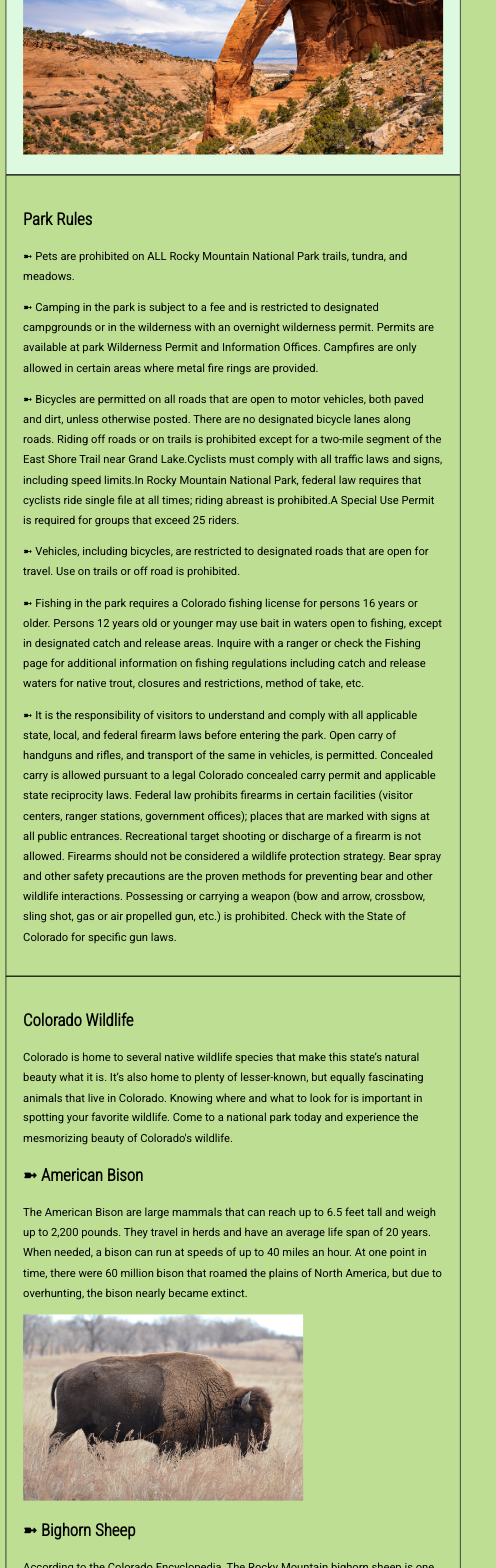
Repository: ethan-schrauf/UniversalDesignWebsite
Page: lab4.html
These files come from the project's save history. The page is drawn as it stood at one moment and after the next save; the edit follows.
The browser window is 600 px wide. The page is 658 px wide, then 708 px, so the pictures cover 708 px, including what lies to the right of the window. The pictures show the part of the page from y = 3384 to 5624 px (the page is 6851 px tall before and 6793 px after), at 70% of full size.

Above is the page before, as saved 2023-10-28 20:30:57.

### lab4.html

<!DOCTYPE html>

<html lang="en">
<head>
  <meta charset="UTF-8">
  <meta name="viewport" content="width=device-width, initial-scale=1.0">
  <meta http-equiv="X-UA-Compatible" content="ie=edge">
  <title>Accessible grid</title>
  <link href="lab4.css" rel="stylesheet">
</head>
<body>
<div class="container">
  <header>
    <h1>Colorado National Parks</h1>
  </header>
  <nav>
    <h2 class="sr-only">Main Navigation</h2>
    <ul>
      <li><a href="#Colorado-National-Parks">Colorado National Parks</a></li>
      <li><a href="#Park-Rules">Park Rules</a></li>
      <li><a href="#Colorado-Wildlife">Colorado Wildlife</a></li>
    </ul>
  </nav>
  <main>
    <section>
      <h2 id="Colorado-National-Parks">Rocky Mountain National Park</h2>
      <p>Rocky Mountain National Park in northern Colorado spans the Continental Divide and encompasses protected mountains, forests and alpine tundra. It's known for the Trail Ridge Road and the Old Fall River Road, drives that pass aspen trees and rivers. The Keyhole Route, a climb crossing vertical rock faces, leads up Longs Peak, the park’s tallest mountain. A trail surrounding Bear Lake offers views of the peaks.</p>
      <img src="images/rocky-mountain.jpeg" alt="Rocky Mountain National Park view from a lake with a large mountain behind it"  style="width: 600px; height: auto;">
      <h2>Mesa Verde National Park</h2>
      <p>Mesa Verde National Park is in southwest Colorado. It's known for its well-preserved Ancestral Puebloan cliff dwellings, notably the huge Cliff Palace. The Chapin Mesa Archeological Museum has exhibits on the ancient Native American culture. Mesa Top Loop Road winds past archaeological sites and overlooks, including Sun Point Overlook with panoramic canyon views. Petroglyph Point Trail has several rock carvings.</p>
      <img src="images/mesa-verde-national-park.jpeg" alt="Mesa Verde National Park Cave Dwellings"  style="width: 600px; height: auto;">
      <h2>Great Sand Dunes National Park and Preserve</h2>
      <p>Great Sand Dunes National Park and Preserve is in southern Colorado. It’s known for huge dunes like the towering Star Dune, and for the seasonal Medano Creek and beach created at the base of the dunes. The backcountry Medano Pass Primitive Road winds through a canyon toward the Sangre de Cristo mountains. Trails lead to forests, wetlands and alpine lakes like Medano Lake, which is home to trout and tundra wildlife.</p>
      <img src="images/great-sand-dunes-national-park.jpeg" alt="Great Sand Dunes National Park with collegiant peaks towering aboe" style="width: 600px; height: auto;">
      <h2>Black Canyon of the Gunnison National Park</h2>
      <p>Black Canyon of the Gunnison National Park is in western Colorado. It surrounds part of a deep, steep-walled gorge carved through Precambrian rock by the Gunnison River. Roads and trails along the north and south rims have views of the Black Canyon's dramatic drops and the striated Painted Wall cliff. The winding East Portal Road descends to the river. Wildlife includes mule deer, elk and golden eagles.</p>
      <img src="images/black-canyon-of-the-gunnison-national-park.jpeg" alt="Black Canyon of The Gunnison National Park" style="width: 600px; height: auto;">
      <h2>Lost Creek Wilderness</h2>
      <p>The Lost Creek Wilderness is a 119,790-acre wilderness area located in central Colorado in Jefferson and Park counties, south of the town of Bailey. The area is situated entirely within the boundaries of the Pike National Forest.</p>
      <img src="images/Lost-Creek-Wilderness-National-Park.jpeg" alt="Mountainside in Lost Creek Wilderness National Park" style="width: 600px; height: auto;">
      <h2>Black Ridge Canyons Wilderness (Colorado)</h2>
      <p>The Black Ridge Canyons Wilderness is located in western Colorado with a small portion extending into eastern Utah, USA, within the arid Colorado Plateau region approximately 15 miles west of Grand Junction, Colorado. The wilderness lies on the northwest flank of the Uncompahgre Plateau.</p>
      <img src="images/black-ridge-canyon-wilderness-national-park.jpeg" alt="Rock arch in Black Ridge Canyon Wilderness National Park" style="width: 600px; height: auto;">
    </section>
  </main>
  <aside id="Park-Rules">
    <h2>Park Rules</h2>
    <p>➼ Pets are prohibited on ALL Rocky Mountain National Park trails, tundra, and meadows.</p>
    <p>➼ Camping in the park is subject to a fee and is restricted to designated campgrounds or in the wilderness with an overnight wilderness permit. Permits are available at park Wilderness Permit and Information Offices. Campfires are only allowed in certain areas where metal fire rings are provided.</p>
    <p>➼ Bicycles are permitted on all roads that are open to motor vehicles, both paved and dirt, unless otherwise posted. There are no designated bicycle lanes along roads. Riding off roads or on trails is prohibited except for a two-mile segment of the East Shore Trail near Grand Lake.Cyclists must comply with all traffic laws and signs, including speed limits.In Rocky Mountain National Park, federal law requires that cyclists ride single file at all times; riding abreast is prohibited.A Special Use Permit is required for groups that exceed 25 riders.</p>
    <p>➼ Vehicles, including bicycles, are restricted to designated roads that are open for travel. Use on trails or off road is prohibited.</p>
    <p>➼ Fishing in the park requires a Colorado fishing license for persons 16 years or older. Persons 12 years old or younger may use bait in waters open to fishing, except in designated catch and release areas. Inquire with a ranger or check the Fishing page for additional information on fishing regulations including catch and release waters for native trout, closures and restrictions, method of take, etc.</p>
    <p>➼ It is the responsibility of visitors to understand and comply with all applicable state, local, and federal firearm laws before entering the park. Open carry of handguns and rifles, and transport of the same in vehicles, is permitted. Concealed carry is allowed pursuant to a legal Colorado concealed carry permit and applicable state reciprocity laws. Federal law prohibits firearms in certain facilities (visitor centers, ranger stations, government offices); places that are marked with signs at all public entrances. Recreational target shooting or discharge of a firearm is not allowed. Firearms should not be considered a wildlife protection strategy. Bear spray and other safety precautions are the proven methods for preventing bear and other wildlife interactions. Possessing or carrying a weapon (bow and arrow, crossbow, sling shot, gas or air propelled gun, etc.) is prohibited. Check with the State of Colorado for specific gun laws.</p>
  </aside>
  <aside id="Colorado-Wildlife">
    <h2>Colorado Wildlife</h2>
    <p>Colorado is home to several native wildlife species that make this state’s natural beauty what it is. It’s also home to plenty of lesser-known, but equally fascinating animals that live in Colorado. Knowing where and what to look for is important in spotting your favorite wildlife. Come to a national park today and experience the mesmorizing beauty of Colorado's wildlife.</p>
    <h2>➼ American Bison</h2>
    <p>The American Bison are large mammals that can reach up to 6.5 feet tall and weigh up to 2,200 pounds. They travel in herds and have an average life span of 20 years. When needed, a bison can run at speeds of up to 40 miles an hour. At one point in time, there were 60 million bison that roamed the plains of North America, but due to overhunting, the bison nearly became extinct.</p>
    <img src="images/colorado-bison.jpeg" alt="American bison" style="width: 400px; height: auto;">
    <h2>➼ Bighorn Sheep</h2>
    <p>According to the Colorado Encyclopedia, The Rocky Mountain bighorn sheep is one of four native sheep species that live in North America, with the only one residing in Colorado. A sight for sore eyes, the bighorn sheep are larger animals weighing anywhere from 100 to 300 pounds. The distinctive males, or rather the rams, have large curled horns that are used for defense and foraging.</p>
    <img src="images/colorado-bighorn-sheep.jpeg" alt="Bighorn sheep on a mountaintop" style="width: 400px; height: auto;">
    <h2>➼ Black Bears</h2>
    <p>Technically “black” is not a species and not the only color of Colorado’s black bear. In Colorado, plenty of black bears are light blonde, brown, or cinnamon-colored. Living 20 – 25 years in the wild, they average three feet tall when standing up, with males reaching up to 275 pounds.</p>
    <img src="images/colorado-black-bear.jpeg" alt="Black bear in a meadow." style="width: 400px; height: auto;">

  </aside>
  <footer>
    <small> Designed by Ethan Schrauf</small>
  </footer>

</div> <!-- end container -->
</body>
</html>

### lab4.css
@import url('https://fonts.googleapis.com/css2?family=Roboto&display=swap');
@import url('https://fonts.googleapis.com/css2?family=Roboto&family=Roboto+Condensed:wght@300&display=swap');

body {
    background: rgb(189, 222, 147);
}

/* css reset */
::before,
::after {
    box-sizing: border-box;
    padding: 0;
    margin: 0;
}

h1,
h2,
h3 {
    padding: .2em 0;
}

p {
    margin: 1.0em 0;
    line-height: 1.8em;
}

header,
nav,
main,
aside,
footer {
    padding: 1.5em;
    border: 1px black solid;
}

header,
footer {
    text-align: center;
}

.container {
    max-width: 1200px;
    margin: 0 auto;
    background: rgb(175, 222, 176);
    display: grid;
    width: 100vw;
    height: 100vh;
    grid-template-columns:
     1fr       2fr       1fr;
    grid-template-areas:
    "heady     heady     heady"
    "navvy     navvy     navvy"
    "aside1    mainy     aside2"
    "aside1    mainy     aside2"
    "aside1    mainy     aside2"
    "footy     footy     footy";
  }

  header {grid-area: heady; background:rgb(224, 247, 215);}
nav {grid-area: navvy; background:rgb(215, 253, 232);}
main {grid-area: mainy; background: rgb(221, 250, 224); max-height: 100%;}
#aside1 {grid-area: aside1; background: rgb(243, 251, 209);}
#aside2 {grid-area: aside2; background: rgb(218, 254, 245);}
footer {grid-area: footy; background: rgb(205, 255, 252);}

nav ul {
    display: flex;
    flex-flow: row nowrap;
    justify-content: space-around;
    }

    nav ul li {
      list-style: none
    }

    @media screen
      and (min-width: 641px)
      and (max-width: 900px)  {
    .container {
    grid-template-columns:
       1fr 1fr;
    grid-template-areas:
      "heady heady"
      "navvy navvy"
      "mainy mainy"
      "aside1 aside2"
      "footy footy";
    }
    }

    @media screen
      and (max-width: 640px)  {
    .container {
    grid-template-columns:
       1fr;
    grid-template-areas:
      "heady"
      "mainy"
      "aside1"
      "aside2"
      "navvy"
      "footy";
    }
    nav ul {
      flex-flow: column nowrap;
      text-align: center;
    }
    nav ul li a {
      display: block;
      padding: 10px 5px;
      margin: 5px;
      border: 1px black solid;
      background: white;

    }
    }

    p {
        font-family: 'Roboto', sans-serif;
    }

    h2,
    h1 {
        font-family: 'Roboto Condensed', sans-serif;
    }

    #park-image {
        width: 300px; /* Set the desired width in pixels */
        height: auto; /* Maintain the aspect ratio */
      }

      .sr-only {
        border: 0;
        clip: rect(0, 0, 0, 0);
        height: 1px;
        margin: -1px;
        overflow: hidden;
        padding: 0;
        position: absolute;
        white-space: nowrap;
        width: 1px;
      }

      a {
        text-decoration: none;
      }

After the next save:
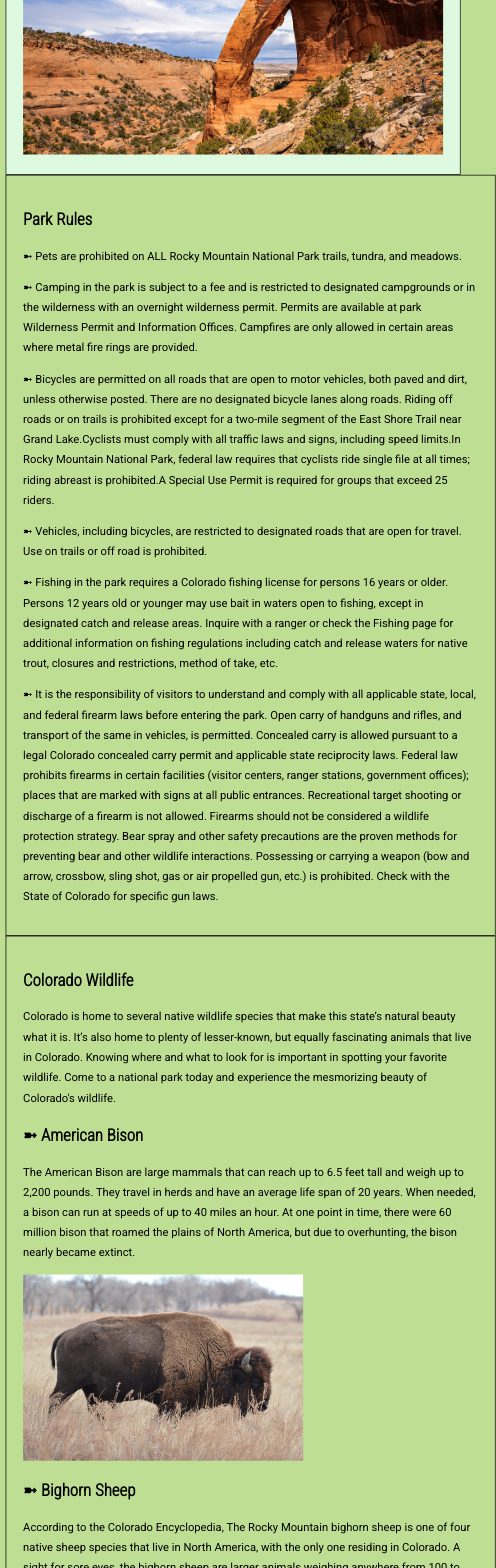
Saved 2 min 47 s later.
--- a/lab4.css
+++ b/lab4.css
@@ -90,6 +90,9 @@ nav ul {
 
     @media screen
       and (max-width: 640px)  {
+        aside {
+          width: 100%;
+        }
     .container {
     grid-template-columns:
        1fr;
